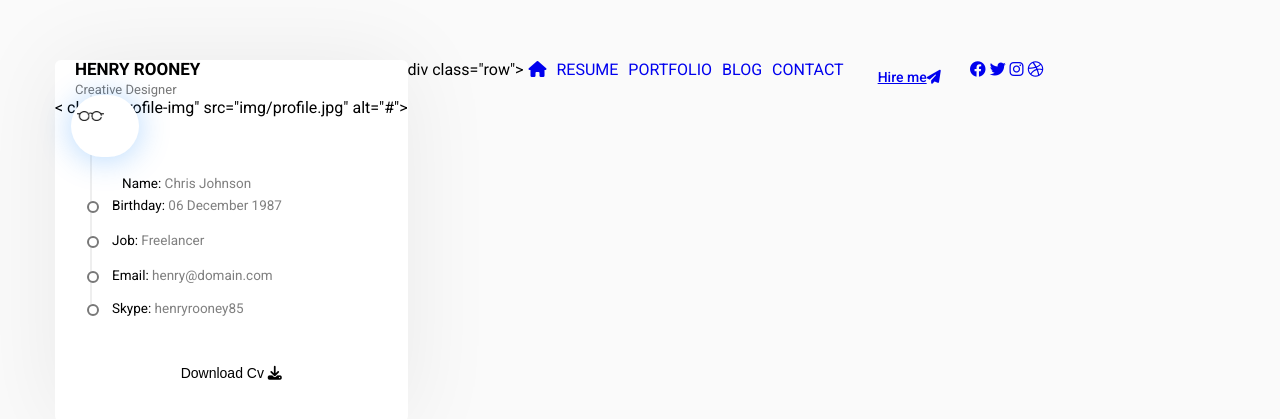
Repository: Lehuyhuynh/mat
Page: index.html
These files come from the project's save history. The page is drawn as it stood at one moment and after the next save; the edit follows.
The browser window is 1280 px wide. The pictures show the whole page.

Above is the page before, as saved 2023-04-12 12:23:12.

After the next save:
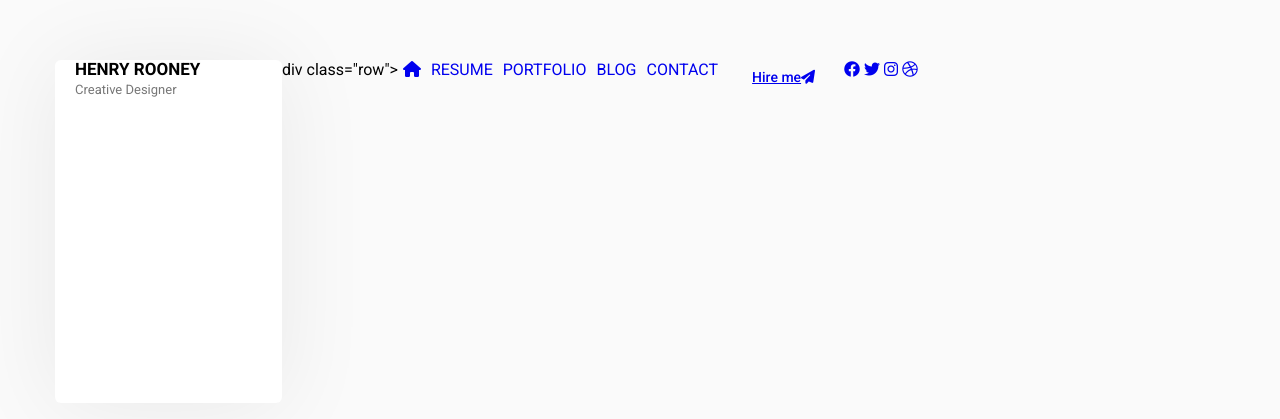
Saved 4 s later.
--- a/index.html
+++ b/index.html
@@ -40,7 +40,7 @@
 
                     </div>
 
-                    < class="profile-img" src="img/profile.jpg" alt="#">
+                    <f class="profile-img" src="img/profile.jpg" alt="#">
 
                      <ul class="profile-information">
 
